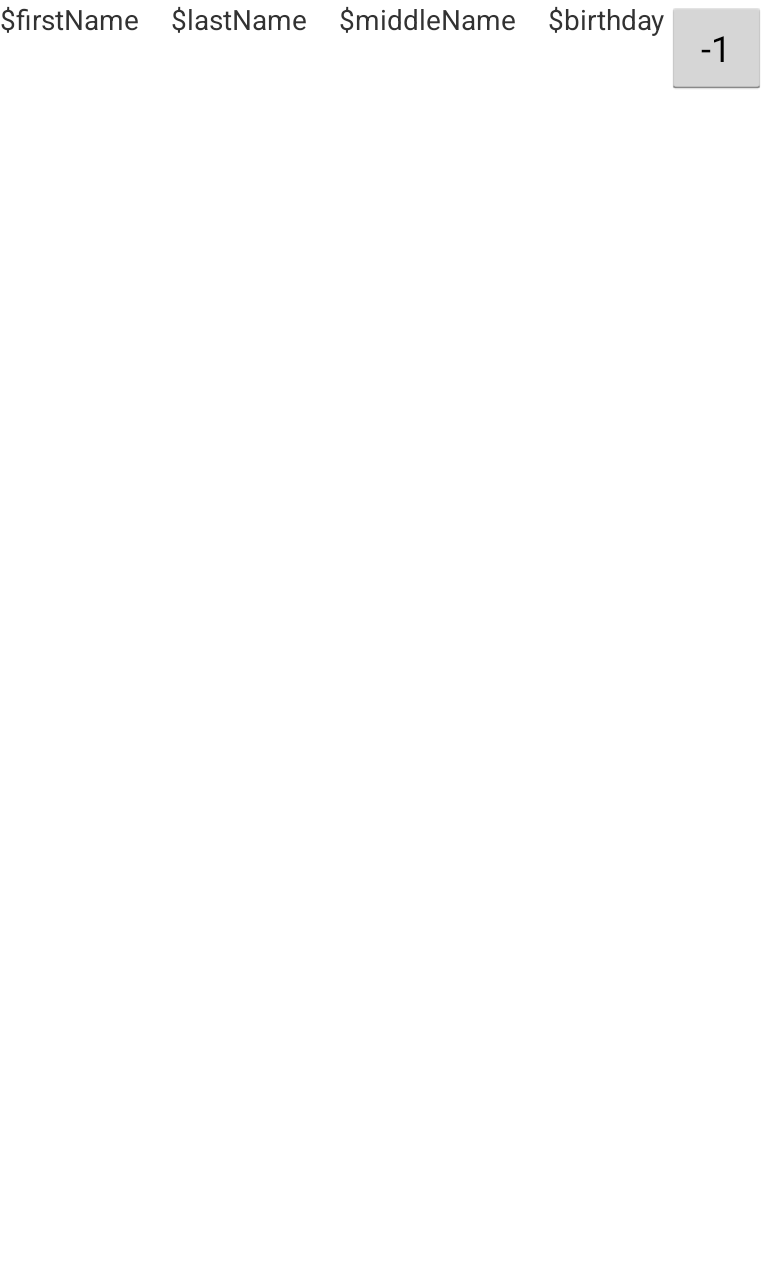
Repository: egslava/android-net-list-utils
Layout: NetUtilsSamples/res/layout/person.xml
The author's editor kept a copy of each file at every save. The layout is drawn from the files as they stood at one save, then again after the next save.
It is drawn on a 768 x 1280 px phone screen (xhdpi) without system bars, with theme AppTheme; the app's code is not run.

Above is the layout before, as saved 2013-10-15 12:21:53.

After the next save:
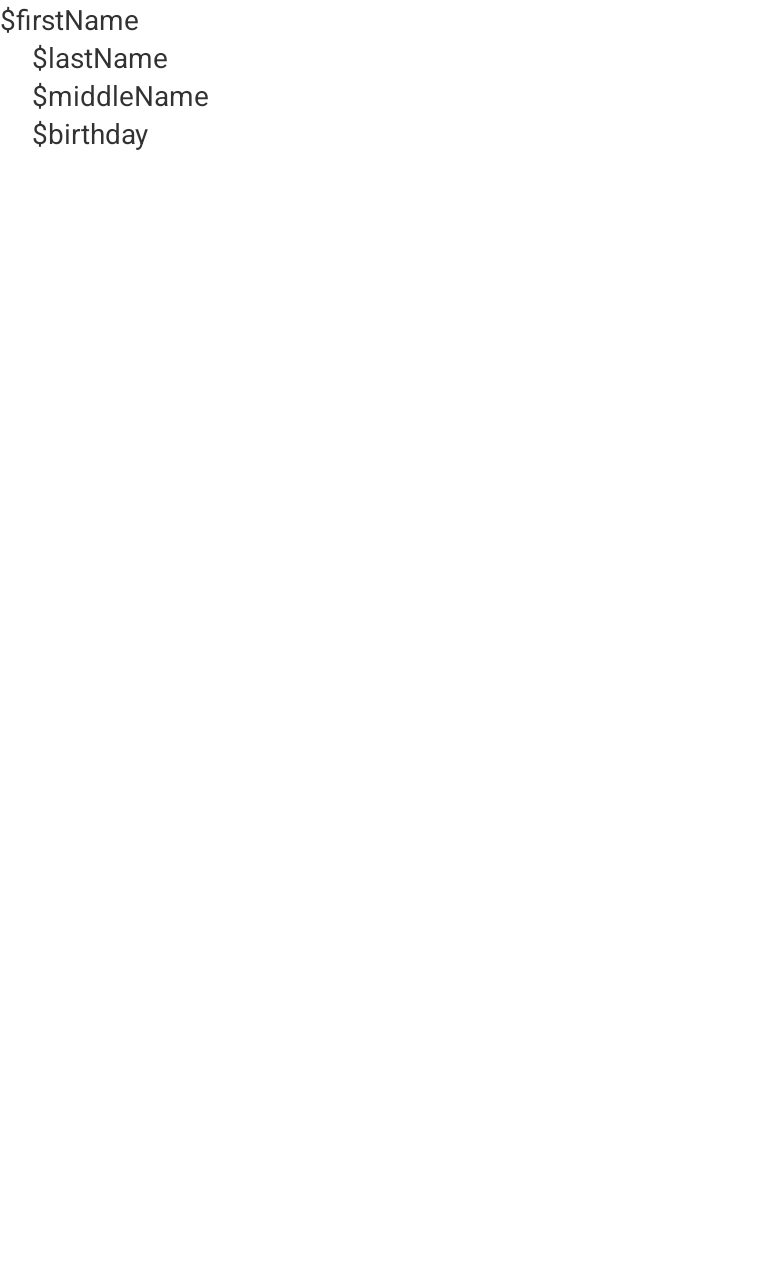
Saved 3 min 42 s later.
--- a/NetUtilsSamples/res/layout/person.xml
+++ b/NetUtilsSamples/res/layout/person.xml
@@ -3,6 +3,11 @@
     android:layout_width="match_parent"
     android:layout_height="match_parent"
     android:orientation="horizontal" >
+
+<LinearLayout xmlns:android="http://schemas.android.com/apk/res/android"
+    android:layout_width="match_parent"
+    android:layout_height="match_parent"
+    android:orientation="vertical" >
 
     <TextView
         android:id="@+id/$firstName"
@@ -31,6 +36,7 @@
         android:text="$birthday"
         android:layout_marginLeft="@dimen/activity_horizontal_margin"
         android:tag="(dd.MM.yyyy)" />
+    </LinearLayout>
 
     <LinearLayout
         android:layout_width="match_parent"
